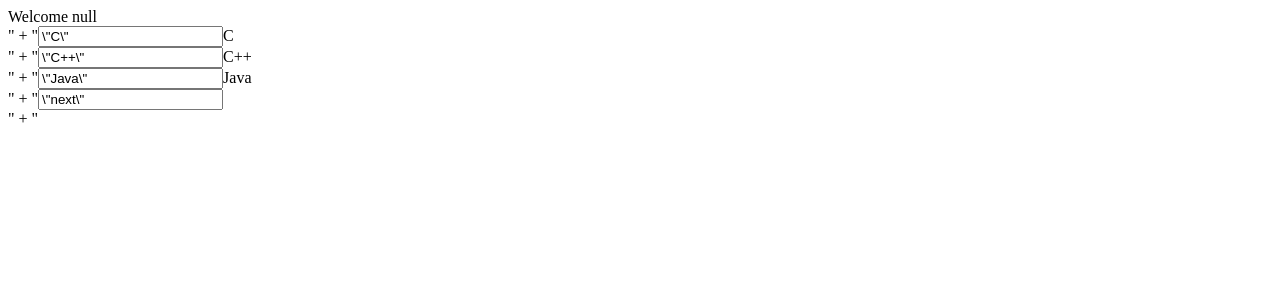
Repository: PriyankaS07/CoreJava
Page: http://localhost/ShoppingJsp/welcome.jsp
These files come from the project's save history. The page is drawn as it stood at one moment and after the next save; the edit follows.
The browser window is 1280 px wide. The pictures show the whole page.
The page is served by Tomcat 9. Other server files are loaded and not shown.

Above is the page before, as saved 2017-08-23 11:36:54.

### ShoppingJsp/WebContent/welcome.jsp
<%@ page language="java" contentType="text/html; charset=ISO-8859-1"
    pageEncoding="ISO-8859-1"%>
<!DOCTYPE html PUBLIC "-//W3C//DTD HTML 4.01 Transitional//EN" "http://www.w3.org/TR/html4/loose.dtd">
<%="Welcome "+request.getParameter("uname") %>
<html>
<head>
<meta http-equiv="Content-Type" content="text/html; charset=ISO-8859-1">
<title>Insert title here</title>
</head>
<body>
<form action=\"\" method=\"post\">"
				+ "<input type=\"checkbox\" name= \"book\" value=\"C\">C<br>"
				+ "<input type=\"checkbox\" name=\"book\" value=\"C++\">C++<br>"
				+ "<input type=\"checkbox\" name=\"book\"  value=\"Java\">Java<br>"
				+ "<input type=\"submit\" name=\"next\" value=\"next\"><br>"
				+ "</form>
</body>
</html>

After the next save:
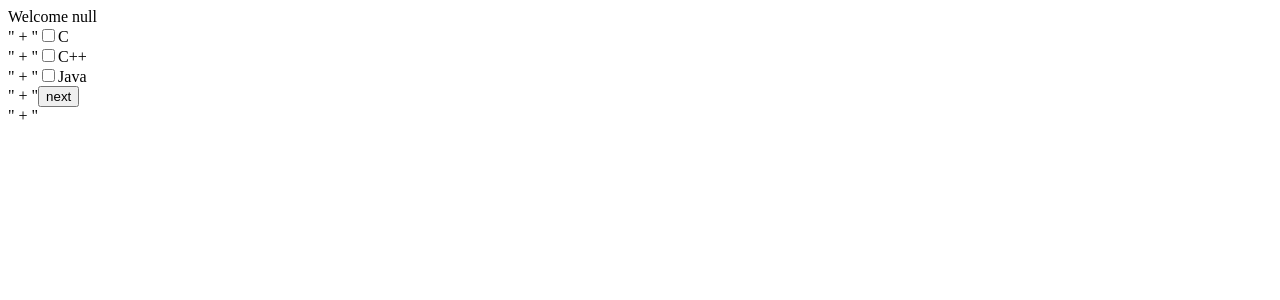
Saved 39 s later.
--- a/ShoppingJsp/WebContent/welcome.jsp
+++ b/ShoppingJsp/WebContent/welcome.jsp
@@ -8,11 +8,11 @@
 <title>Insert title here</title>
 </head>
 <body>
-<form action=\"\" method=\"post\">"
-				+ "<input type=\"checkbox\" name= \"book\" value=\"C\">C<br>"
-				+ "<input type=\"checkbox\" name=\"book\" value=\"C++\">C++<br>"
-				+ "<input type=\"checkbox\" name=\"book\"  value=\"Java\">Java<br>"
-				+ "<input type=\"submit\" name=\"next\" value=\"next\"><br>"
+<form action=" " method="post">"
+				+ "<input type="checkbox" name= "book" value="C">C<br>"
+				+ "<input type="checkbox" name="book" value="C++">C++<br>"
+				+ "<input type="checkbox" name="book"  value="Java">Java<br>"
+				+ "<input type="submit" name="next" value="next"><br>"
 				+ "</form>
 </body>
 </html>
